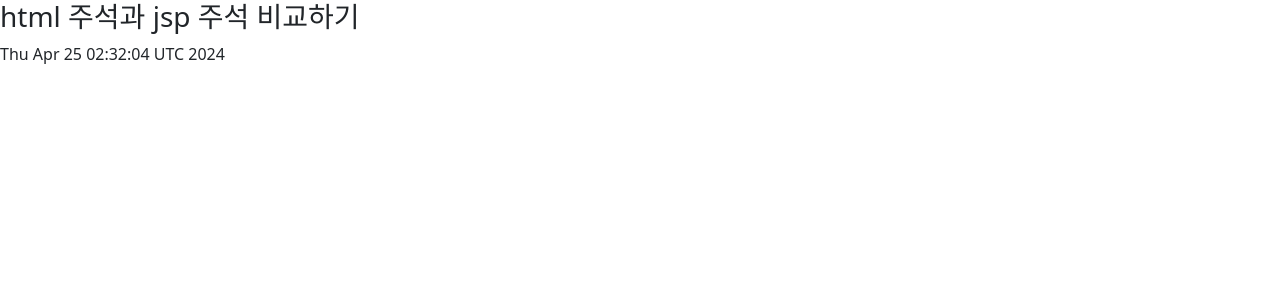
Repository: hyuck9409/newnaver0314
Page: http://localhost/StartWebProject/ex1_hello.jsp
The author's editor kept a copy of each file at every save. The page is drawn from the files as they stood at one save, then again after the next save.
The browser window is 1280 px wide. The pictures show the whole page.
The page is served by Tomcat 9.

Above is the page before, as saved 2024-04-25 05:35:15.

After the next save:
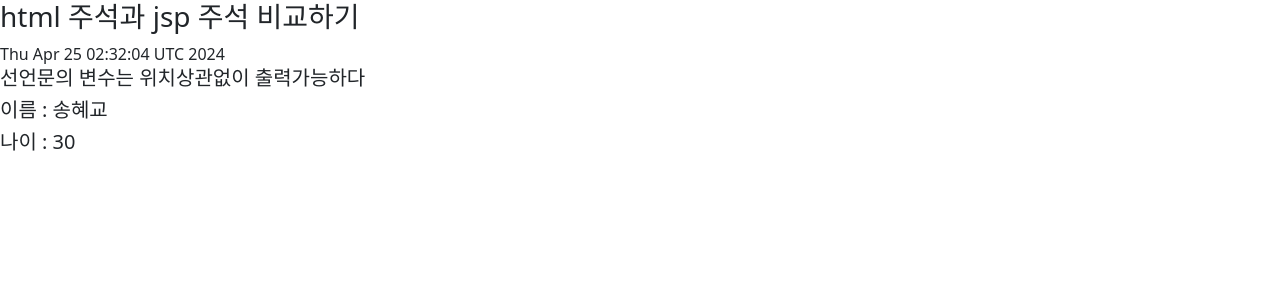
Saved 5 min 5 s later.
--- a/naver0314devops11/javawork/StartWebProject/src/main/webapp/ex1_hello.jsp
+++ b/naver0314devops11/javawork/StartWebProject/src/main/webapp/ex1_hello.jsp
@@ -1,26 +1,40 @@
-<%@page import="java.util.Date" %>
+<%@page import="java.util.Date"%>
 <%@ page language="java" contentType="text/html; charset=UTF-8"
-    pageEncoding="UTF-8"%>
+	pageEncoding="UTF-8"%>
 <!DOCTYPE html>
 <html>
 <head>
 <meta charset="UTF-8">
 <title>Insert title here</title>
-<link href="https://cdn.jsdelivr.net/npm/bootstrap@5.3.3/dist/css/bootstrap.min.css" rel="stylesheet">
-<script src="https://cdn.jsdelivr.net/npm/bootstrap@5.3.3/dist/js/bootstrap.bundle.min.js"></script>
-<link rel="stylesheet" href="https://cdn.jsdelivr.net/npm/bootstrap-icons@1.8.0/font/bootstrap-icons.css">
+<link
+	href="https://cdn.jsdelivr.net/npm/bootstrap@5.3.3/dist/css/bootstrap.min.css"
+	rel="stylesheet">
+<script
+	src="https://cdn.jsdelivr.net/npm/bootstrap@5.3.3/dist/js/bootstrap.bundle.min.js"></script>
+<link rel="stylesheet"
+	href="https://cdn.jsdelivr.net/npm/bootstrap-icons@1.8.0/font/bootstrap-icons.css">
 <script src="https://code.jquery.com/jquery-3.7.0.js"></script>
 <style>
-
 </style>
 </head>
 <body>
-<h3>html 주석과 jsp 주석 비교하기</h3>
-<!-- html 주석입니다 -->
-<%--jsp 주석입니다 --%>
-<%=new Date()%>
+	<h3>html 주석과 jsp 주석 비교하기</h3>
+	<!-- html 주석입니다 -->
+	<%--jsp 주석입니다 --%>
+	<%=new Date()%>
 
-<!-- html <%=new Date()%> 주석입니다 -->
-<%--jsp <%=new Date()%> 주석입니다 --%>
+	<!-- html 주석입니다,<%=new Date()%> -->
+	<%--jsp 주석입니다,<%=new Date()%> --%>
+
+	<h5>선언문의 변수는 위치상관없이 출력가능하다</h5>
+	<h5>이름 : <%=name %></h5>
+	<h5>나이 : <%=age %></h5>
+
+	<%!
+	//선언문이라고 부른다
+	//여기서 선언하는 변수는 서블릿으로 변환시 위치 상관없이 멤버변수로 선언된다
+	String name="송혜교";
+	int age=30;
+	%>
 </body>
 </html>
